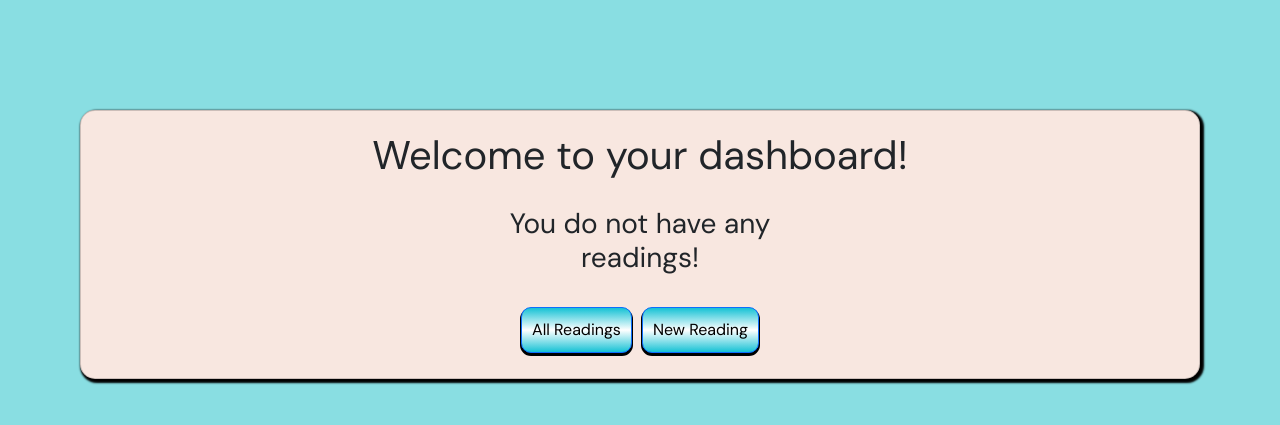
Repository: aiodell/my-glucose-checkup
Page: /dashboard (app in client/)
These files come from the project's save history. The page is drawn as it stood at one moment and after the next save; the edit follows.
The browser window is 1280 px wide. The pictures show the whole page.
The page's requests for data from a server got no answer. The project was rebuilt for these pictures with package versions that can differ from the ones it lists, and the page was loaded fresh each time. No one was signed in, and anything a server would have sent is missing. Also part of the build but not shown: client/src/components/Login.js, client/src/components/Signup.js, client/src/components/AllReadings.js, client/src/components/NewReading.js, client/src/components/Home.js, client/src/components/BglUpdateForm.js, client/src/components/BglEventDetails.js, client/src/components/NewBglEvent.js and 8 more.

Above is the page before, as saved 2022-10-06 07:14:06.

### client/src/index.js
import React from 'react';
import ReactDOM from 'react-dom/client';
import {BrowserRouter as Router} from "react-router-dom";
import 'bootstrap/dist/css/bootstrap.min.css';
import App from './App';

const root = ReactDOM.createRoot(document.getElementById('root'));
root.render(
  <React.StrictMode>
  <Router>
    <App />
  </Router>
  </React.StrictMode>
);

### client/src/App.js
import { useState, useEffect } from "react"
import { Switch, Route, useHistory } from "react-router-dom"
import NavBar from "./components/NavBar"
import Login from "./components/Login"
import Signup from "./components/Signup"
import Dashboard from "./components/Dashboard"
import AllReadings from "./components/AllReadings"
import NewReading from "./components/NewReading"
import Home from "./components/Home"
import BglEventDetails from "./components/BglEventDetails"
import NewBglEvent from "./components/NewBglEvent"
import Events from "./components/Events"
import UserProfile from "./components/UserProfile"
import CreateProfile from "./components/CreateProfile"
import AllUsers from "./components/AllUsers"
import './styles.css'

const App = () => {
  const [currentUser, setCurrentUser] = useState("")
  const [readings, setReadings] = useState([])
  const [events, setEvents] = useState([])
  const [users, setUsers] = useState([])
  const [following, setFollowing] = useState([])
  const history = useHistory()

  useEffect( () => {
    fetch(`/auto-login`)
    .then((r) => {
      if (r.ok) {
        r.json().then((user) => setCurrentUser(user))
      }else{
        history.push("/login")
      }
    })
  }, [ ])

	useEffect(() => {
		fetch("/events")
		.then((r) => r.json())
		.then(setEvents)
	}, [])

  useEffect(() => {
		fetch("/bgls")
		.then((r) => r.json())
		.then(setReadings)
	}, [])

  useEffect(() => {
    fetch("/users")
    .then((r) => r.json())
    .then(setUsers)
  }, [])

  useEffect(() => {
    fetch("/relationships")
    .then((r) => r.json())
    .then(setFollowing)
  }, [])

  const updateUser = (user) => setCurrentUser(user)

  const addNewReading = (newReading) => {setReadings(readings => [...readings, newReading])}

  const deleteReading = (deletedReading) => {
    setReadings((readings) => readings.filter((reading) => reading.id !== deletedReading))
  }

  const deleteEvent = (deletedEvent) => {
    setEvents((events) => events.filter((event) => event.id !== deletedEvent))
  }

  const updateBgl = (updatedBgl) => {
    setReadings((readings) => readings.map(bgl => bgl.id === updatedBgl.id ? updatedBgl : bgl))
  }

  // add follower to list
  const addNewFollow = (newFollow) => {
    setFollowing(following => [...following, newFollow])
    const copyOfCurrentUser = {...currentUser}
    copyOfCurrentUser.followees.push(newFollow)
    setCurrentUser(copyOfCurrentUser)
  }

  // delete follower from the list
  const deleteFollow = (deletedFollow) => {
    setFollowing((following) => following.filter((following) => following.id !== deletedFollow))
  }

  const removeCurrentFollowing = (deletedFollowee) => {
    const copyOfCurrentUser = {...currentUser}
    copyOfCurrentUser.followees = copyOfCurrentUser.followees.filter(followee => followee.followee_id !== deletedFollowee.followee_id)
    setCurrentUser(copyOfCurrentUser)
  }

   return (
   <div>
    <NavBar
      currentUser = {currentUser}
      updateUser = {updateUser}
    />
    <Switch>
      <Route exact path = "/login">
        <Login updateUser = {updateUser}/>
      </Route>
      <Route exact path = "/signup">
        <Signup />
      </Route>
      <Route exact path = "/dashboard">
        <Dashboard
        currentUser = {currentUser}
        readings = {readings}
        setReadings = {setReadings}
        following = {following}  // will be used to display the highs and lows of a user being followed
        users = {users}
        />
      </Route>
      <Route exact path= "/bgls/all">
        <AllReadings
        readings = {readings}
        setReadings = {setReadings}
        />
      </Route>
      <Route exact path= "/bgls/new">
        <NewReading addNewReading= {addNewReading} />
      </Route>
      <Route exact path= "/bgls/:id/">
        <BglEventDetails
          updateBgl = {updateBgl}
          deleteReading= {deleteReading}
          readings = {readings}
        />
      </Route>
      <Route exact path="/bgls/:id/bgl_events/new">
        <NewBglEvent events= {events}/>
      </Route>
      <Route exact path="/events">
        <Events
          deleteEvent = {deleteEvent}
          events = {events}
          setEvents = {setEvents}
        />
      </Route>
      <Route exact path= "/me">
        <UserProfile
        currentUser = {currentUser}
        users = {users}
        />
      </Route>
      <Route exact path = "/create-profile">
        <CreateProfile />
      </Route>
      <Route exact path= "/users">
        <AllUsers
        currentUser = {currentUser}
        users = {users}
        addNewFollow = {addNewFollow}
        deleteFollow = {deleteFollow}
        removeCurrentFollowing ={removeCurrentFollowing}
        />
      </Route>
      <Route exact path="/">
        <Home
        currentUser = {currentUser}
        setCurrentUser = {setCurrentUser}/>
      </Route>
    </Switch>
   </div>
  )
}

export default App;

### client/src/components/NavBar.js
import { useHistory, NavLink } from 'react-router-dom'
import Container from "react-bootstrap/Container"
import Nav from 'react-bootstrap/Nav';
import Navbar from 'react-bootstrap/Navbar';
import '../styles.css';

const NavBar = ({updateUser, currentUser}) => {
	const history = useHistory()

	// log out only available when logged in
	const handleLogout = (e) => {
		fetch(`/logout`, {
			method: 'DELETE'
		})
		.then(() => {
			updateUser("")
			history.push('/')
		})
	}

	return(
		<>
		{currentUser ?
			<Navbar bg="dark" variant="dark" expand="lg">
			<Container className="nav-bar">
				<Navbar.Brand>My Glucose Checkup</Navbar.Brand>
				<Navbar.Toggle aria-controls="basic-navbar-nav" />
				<Navbar.Collapse id="basic-navbar-nav"></Navbar.Collapse>
					<Nav className="me-auto">
						<NavLink className="nav-link" to="/dashboard">
							<Nav.Item>Dashboard</Nav.Item>
						</NavLink>
						<NavLink className="nav-link" to="/bgls/all">
							<Nav.Item>My BGLs</Nav.Item>
						</NavLink>
						<NavLink className="nav-link" to="/bgls/new">
							<Nav.Item>New Reading</Nav.Item>
						</NavLink>
						<NavLink className="nav-link" to="/me">
							<Nav.Item>My Account</Nav.Item>
						</NavLink>
						<NavLink className="nav-link" to="/users">
							<Nav.Item>All Users</Nav.Item>
						</NavLink>
						<Nav.Link onClick={handleLogout}>Logout</Nav.Link>
					</Nav>
			</Container>
		</Navbar> : null }
		</>
	)
}

export default NavBar

### client/src/components/Dashboard.js
import { useState, useEffect } from "react"
import {useHistory, Link, NavLink } from "react-router-dom"
import Container from "react-bootstrap/Container"
import Card from "react-bootstrap/Card"
import Button from "react-bootstrap/Button"
import Col from 'react-bootstrap/Col';
import Row from 'react-bootstrap/Row';

const Dashboard = ({currentUser}) => {
	const[readings, setReadings] = useState([])
	const[errors, setErrors] = useState([])
	const history= useHistory()

	// get the bgls for the user
	useEffect(() => {
		fetch("/bgls")
		.then(r => {
			if(r.ok){
				r.json().then(data => setReadings(data))
			}else{
				r.json().then(data => {
					setErrors(data.errors)
					history.push("/login")
				})
			}
		})
	}, [ ])

	// sort the highest, lowest, and most current value
	const lowestValue = [...readings].sort((a,b) => a.value - b.value)
	const highestValue = [...readings].sort((a,b) => b.value - a.value)
	const highestId =[...readings].sort((a,b) => b.id - a.id)

	const average = (arr) => {
		const { length } = arr
		return arr.reduce((acc, val) => {
			return acc + (val.value/length)
		}, 0)
	}

	const renderAverage = parseInt(average(readings))

	const renderLowest = lowestValue.slice(0,1).map((num) => {
		return(
			<Card>
				<h2 key={num.id}> Lowest: {num.value}</h2>
			<Link to= {`/bgls/${num.id}`} className="small-link"> View Details</Link>
			</Card>
		)
	})

	const renderHighest = highestValue.slice(0,1).map((num)=> {
		return(
			<Card>
				<h2 key={num.id}> Highest: {num.value}</h2>
				<Link to= {`/bgls/${num.id}`} className="small-link"> View Details</Link>
			</Card>
		)
	})

	const renderCurrent = highestId.slice(0,1).map((num) => {
		return(
		<>
			<Card >
				<Card.Body as="h1" key={num.id}> {num.value} </Card.Body>
			</Card>
			<Link to= {`/bgls/${num.id}`} className="small-link"> View Details</Link>
		</>
		)
	})

	// will return a dashboard alongside any highs and lows of followed users
	return(
		<Container className="container-style">
			{errors ? errors.map(e => <section>{e}</section>):null}
			<Card className="dash-container">
				{currentUser.first_name ? <h1 className="dash-title">
					Welcome to your dashboard, {currentUser.first_name} </h1>
					: <h1>Welcome to your dashboard!</h1> }
				{currentUser.admin ?
				<>
					<Row className="bgls">
						<p>You are in admin mode</p>
							{renderCurrent}
					</Row>
					<Row className="low-high-avg">
						<Col>{renderLowest}</Col>
						<Col>
							<Card className="bgls">
							{renderAverage === 0 ? <h3> You do not have any readings!</h3> :
								<h2> Average: {renderAverage}</h2>
							}
							</Card>

						</Col>
						<Col>{renderHighest}</Col>
					</Row>
					<div>
						<NavLink to="/events">
							<Button className="btns" >All Events</Button>
						</NavLink>
						<NavLink to="/bgls/all">
							<Button className="btns">All Test Readings</Button>
						</NavLink>
						<NavLink to="/bgls/new">
							<Button className="btns">New Test Reading</Button>
						</NavLink>
					</div>
					<div>
						{/* Add updates from followed users here */}
					</div>
				</> :
				<>
					<Row>
						{renderCurrent}
					</Row>
						<Row className="low-high-avg">
							<Col>{renderLowest}</Col>
							<Col>
								{renderAverage === 0 ? <h3> You do not have any readings!</h3> :
								 	<h2> Average: {renderAverage}</h2>
								}
							</Col>
							<Col>{renderHighest}</Col>
						</Row>
						<div>
							<NavLink to="/bgls/all">
								<Button className="btns">All Readings</Button>
							</NavLink>
							<NavLink to="/bgls/new">
								<Button className="btns">New Reading</Button>
							</NavLink>
						</div>
				</> }
			</Card>
		</Container>
	)
}

export default Dashboard

### client/src/styles.css
@import url('https://fonts.googleapis.com/css2?family=DM+Sans&display=swap');
@import url('https://fonts.googleapis.com/css2?family=Carter+One&family=DM+Sans&display=swap');

body {
  font-family: 'DM Sans', sans-serif;
  background-color:	#89dee2;
  margin: 0px;
}

/*Universal */
.btns {
  background-image: linear-gradient(#16c2d5, #ffffff,#16c2d5);
  color: rgb(0, 0, 0);
  padding: 10px;
  margin: 5px;
  text-align: center;
  border-radius: 10px;
  box-shadow: 0px 2px 0px 1px black;
  text-decoration: none;
}

.container-style{
  text-align: center;
  padding: 10px;
  position: relative;
}

.navbar-brand{
  font-family: 'Carter One', cursive;
  font-size: 2rem;
  text-align:left
}

/*Home Page */
.Home {
  text-align: center;
}

.home-background {
  background-color: #88c7b2;
  min-height: 100vh;
  display: flex;
  flex-direction: column;
  align-items: center;
  justify-content: center;
  font-size: calc(10px + 2vmin);
  color: white;
}

.welcome {
  font-family: 'Carter One', cursive;
  text-shadow: 2px 2px black;
  text-align: center;
}

.home-btn-div {
  align-content: center;
}

/*Forms */
.form-style{
  margin-top: 100px;
  border-radius: 20px;
  box-shadow: 0px 2px 0px 1px black;
  background-image: linear-gradient(#67eabe, #ffffff);
  color: rgb(0, 0, 0);
}
.title{
  padding: 20px;
  position: relative;
}

/*Dashbord */
.dash-container{
  margin-top: 100px;
  padding: 20px;
  background: #f8e7e0;
  box-shadow: 2px 2px 2px 2px black;
  border-radius: 15px;
  position: relative;
}

.current-bgl{
  align-content: center;
  margin-top: 20px;
  text-align: center;
  display: relative;
  position:relative;
}

.current-txt{
  text-align: center;
  font-size: 4rem;
  padding-top: 40px;
  padding-left: 5px;
  position: relative;
}

.low-high-avg{
  padding: 20px;
  position: relative;
}

.dash-title{
  font-family: 'Carter One', cursive;
  text-shadow: 2px 2px 2px black;
  color: white
}

/*Events */

.list{
  list-style: none;
  padding: 5px;
  font-size: 150%;
}

.event-container-style{
  text-align: center;
  padding: 10px;
  position: relative;
  margin: 5px;
}

.delete-btn{
  background-image: linear-gradient(#67eabe, #ffffff);
  color: rgb(0, 0, 0);
  padding: 5px;
  margin: 5px;
  text-align: center;
  box-shadow: 0px 2px 0px 1px black;
  text-decoration: none;
}
.event-card{
  vertical-align: middle;
  left: 39%;
  position: relative;
}

/*All bgls*/
.all-bgl-container-style{
  align-content: center;
  margin-top: 20px;
  text-align: center;
  display: relative;
  position:relative;
  max-width: 50%;
}

.link-text-style{
  text-decoration: none;
}

.pages {
  display: flex;
  justify-content: center;
  margin-top: 20px;
}

.bgl-card{
  margin: 10px;
  text-decoration: none;
  color: black;
  box-shadow: 0px 2px 0px 2px black;
}

.card-title{
  font-size: 150%;
}

.search {
  width: 50%;
  text-align: center;

  position: relative;
  display: block;
  margin: auto;
  padding: 2rem;
}

.searchTerm {
  text-align: center;
  width: 100%;
  border: 3px solid #004e59;
  padding: 5px;
  height: 3rem;
  border-radius: 5px;
  outline: none;
  font-size: 1.5rem;
}

/* Profile Completion Form */
.form-title{
  text-align: center;
  margin-top: 15px;
}

.profile-completion{
  text-align: center;
  padding: 15px;
  margin: 10px;
  box-shadow: 1px 2px 0px 1px black;
  background-image: linear-gradient(#eaeaea, #ffffff);
  color: rgb(0, 0, 0);
}

.profile-label{
  margin-bottom: 5px;
  margin-top: 10px;
}

.form-check{
  margin-top: 5px
}

/*profile container*/
.profile-container{
  align-content: center;
  margin-top: 20px;
  text-align: center;
  display: relative;
  position:relative;
  max-width: 50%;
}

Loaded but not shown: client/public/index.html (common file)

After the next save:
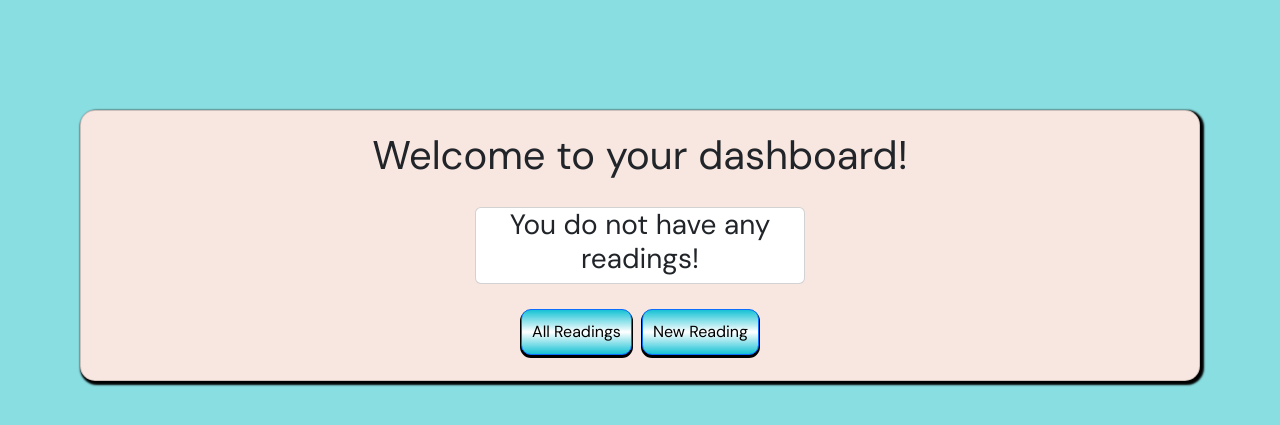
Saved 37 s later.
--- a/client/src/components/Dashboard.js
+++ b/client/src/components/Dashboard.js
@@ -117,9 +117,11 @@ const Dashboard = ({currentUser}) => {
 						<Row className="low-high-avg">
 							<Col>{renderLowest}</Col>
 							<Col>
-								{renderAverage === 0 ? <h3> You do not have any readings!</h3> :
-								 	<h2> Average: {renderAverage}</h2>
-								}
+								<Card className="bgls">
+									{renderAverage === 0 ? <h3> You do not have any readings!</h3> :
+										<h2> Average: {renderAverage}</h2>
+									}
+								</Card>
 							</Col>
 							<Col>{renderHighest}</Col>
 						</Row>
